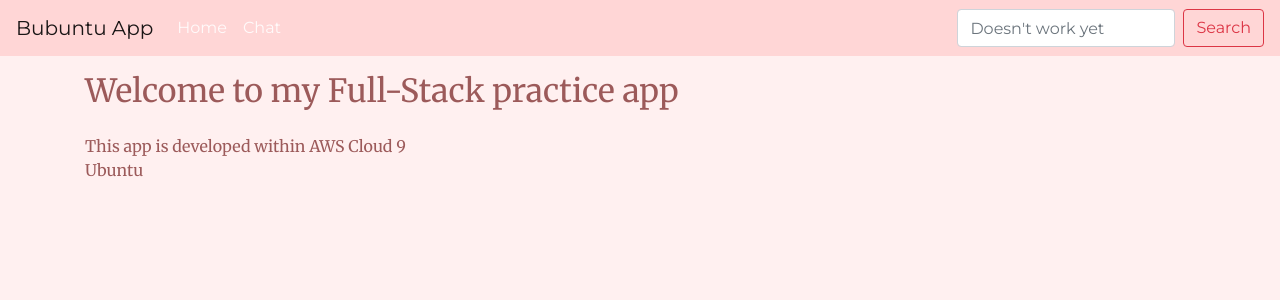
Repository: TanglingTreats/bubuntu-app
Page: templates/index.html
The author's editor kept a record of every edit. The page is drawn from the files as they stood at one moment, then again after the next edit.
The browser window is 1280 px wide. The pictures show the whole page.
The template is drawn by Flask 3. The application's start-up code is not run. Other server files are loaded and not shown. The template is opened directly, without the code that normally fills it, so the values that code supplies are empty.

Above is the page before.

### templates/index.html
{%extends 'layout.html'%}
{%block title%}Hello~{%endblock%}
{%block heading%}Welcome to my Full-Stack practice app{%endblock%}
{%block content%}
<div class="row d-flex justify-content-between">
  <div class="col-sm-4">
    <p>This app is developed within AWS Cloud 9 Ubuntu</p>
  </div>
</div>
{%endblock%}

### templates/layout.html
<!doctype html>
<html lang="en">
  <head>
    <!-- Required meta tags -->
    <meta charset="utf-8">
    <meta name="viewport" content="width=device-width, initial-scale=1, shrink-to-fit=no">

    <!-- Bootstrap CSS -->
    <link rel="stylesheet" href="https://stackpath.bootstrapcdn.com/bootstrap/4.3.1/css/bootstrap.min.css" integrity="sha384-ggOyR0iXCbMQv3Xipma34MD+dH/1fQ784/j6cY/iJTQUOhcWr7x9JvoRxT2MZw1T" crossorigin="anonymous">
    <link rel="stylesheet" href="static/css/style.css" type="text/css" />

    <!--Favicon-->
    <link rel="shortcut icon" href="static/img/favicon/favicon.ico" type="image/x-icon">
    <link rel="icon" href="static/img/favicon/favicon.ico" type="image/x-icon">


    <title>{%block title%}{%endblock%}</title>
  </head>
  <body>
    <nav id="mainNavbar" class="navbar navbar-expand-md navbar-light">
      <a class="navbar-brand" href="/">Bubuntu App</a>
      <button class="navbar-toggler" type="button" data-toggle="collapse" data-target="#navbarSupportedContent" aria-controls="navbarSupportedContent" aria-expanded="false" aria-label="Toggle navigation">
        <span class="navbar-toggler-icon"></span>
      </button>

      <div class="collapse navbar-collapse" id="navbarSupportedContent">
        <ul class="navbar-nav mr-auto">
          <li class="nav-item">
            <a class="nav-link" href="/">Home</a>
          </li>
          <li class="nav-item">
            <a class="nav-link" href="/messages">Chat</a>
          </li>
        </ul>
        <form class="form-inline my-2 my-lg-0">
          <input class="form-control mr-sm-2" type="search" placeholder="Doesn't work yet" aria-label="Search">
          <button class="btn btn-outline-danger my-2 my-sm-0" type="submit">Search</button>
        </form>
      </div>
    </nav>

    <div class="container">
        <h2 id="header" class="mt-3 mb-4">{%block heading%}{%endblock%}</h2>
        {%block content%}{%endblock%}
    </div>



    <!-- Optional JavaScript -->
    <!-- jQuery first, then Popper.js, then Bootstrap JS -->
    <script src="https://code.jquery.com/jquery-3.3.1.slim.min.js" integrity="sha384-q8i/X+965DzO0rT7abK41JStQIAqVgRVzpbzo5smXKp4YfRvH+8abtTE1Pi6jizo" crossorigin="anonymous"></script>
    <script src="https://cdnjs.cloudflare.com/ajax/libs/popper.js/1.14.7/umd/popper.min.js" integrity="sha384-UO2eT0CpHqdSJQ6hJty5KVphtPhzWj9WO1clHTMGa3JDZwrnQq4sF86dIHNDz0W1" crossorigin="anonymous"></script>
    <script src="https://stackpath.bootstrapcdn.com/bootstrap/4.3.1/js/bootstrap.min.js" integrity="sha384-JjSmVgyd0p3pXB1rRibZUAYoIIy6OrQ6VrjIEaFf/nJGzIxFDsf4x0xIM+B07jRM" crossorigin="anonymous"></script>
    <script src="https://code.jquery.com/jquery-3.4.1.min.js"
      integrity="sha256-CSXorXvZcTkaix6Yvo6HppcZGetbYMGWSFlBw8HfCJo="
      crossorigin="anonymous"></script>
    <script src="static/js/script.js"></script>
  </body>
</html>

### static/css/style.css
@import url('https://fonts.googleapis.com/css?family=Merriweather|Montserrat:400,500&display=swap');

body {
    font-family: "Merriweather";
    color: #9c5a5a;
    background: #fff0f0;
}

#mainNavbar{
    font-family: "Montserrat";
    background: #ffd6d6;
}

#mainNavbar .nav-link {
    color: #fffafa;
}

#mainNavbar .nav-link:hover {
    color: #570d0e;
}

#mainNavbar .active>.nav-link {
    color: #9c2426;
}

button {
    font-family: "Montserrat";
}

### static/js/script.js
var links = document.getElementsByClassName("nav-link");
var path = window.location.pathname;

console.log(path);

for(let i = 0; i < links.length; i++) {
    console.log("In for loop");
    console.log(links[i].getAttribute("href"));
    if(links[i].getAttribute("href") === path ) {
        console.log("In If")
        links[i].parentElement.classList.add("active");
    }
}

After the next edit:
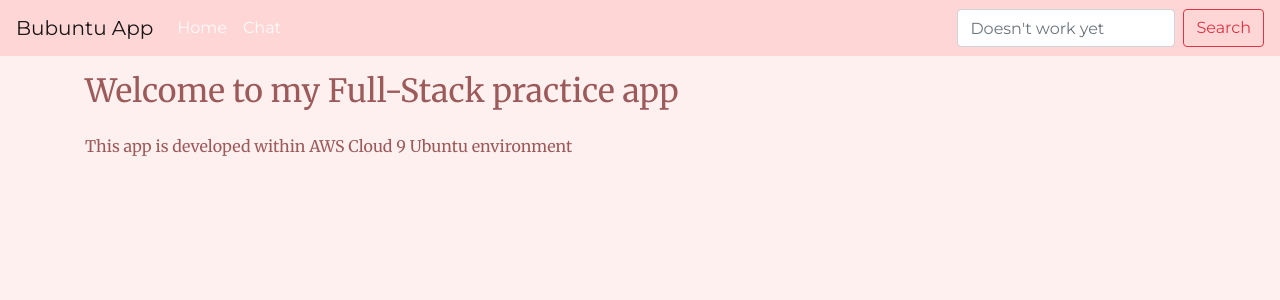
The edit:
--- a/templates/index.html
+++ b/templates/index.html
@@ -3,8 +3,8 @@
 {%block heading%}Welcome to my Full-Stack practice app{%endblock%}
 {%block content%}
 <div class="row d-flex justify-content-between">
-  <div class="col-sm-4">
-    <p>This app is developed within AWS Cloud 9 Ubuntu</p>
+  <div class="col-sm-6">
+    <p>This app is developed within AWS Cloud 9 Ubuntu environment</p>
   </div>
 </div>
 {%endblock%}
